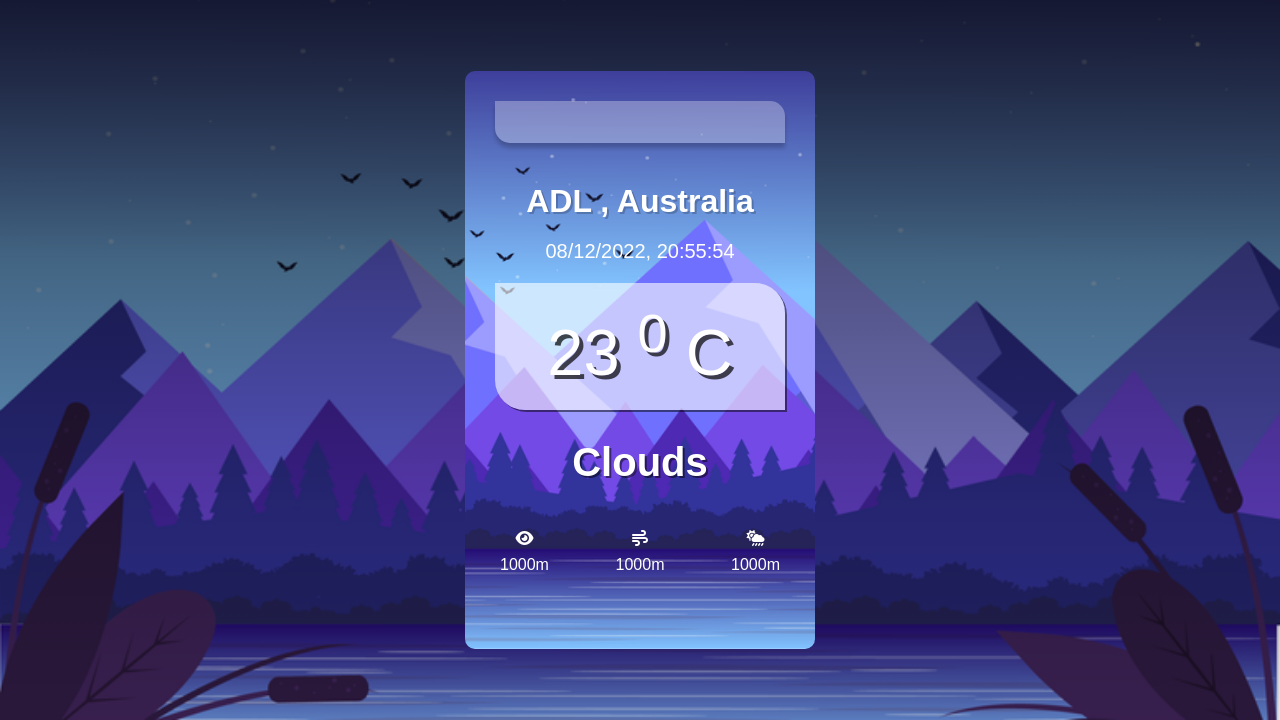
Repository: andrewhuynh561/weather-app-1
Page: index.html
These files come from the project's save history. The page is drawn as it stood at one moment and after the next save; the edit follows.
The browser window is 1280 px wide. The pictures show the whole page.

Above is the page before, as saved 2022-12-08 21:26:18.

### index.html
<!DOCTYPE html>
<html lang="en">
<head>
    <meta charset="UTF-8">
    <meta http-equiv="X-UA-Compatible" content="IE=edge">
    <meta name="viewport" content="width=device-width, initial-scale=1.0">
    <title>Weather app</title>
    <link
     rel="stylesheet"
     href="https://cdnjs.cloudflare.com/ajax/libs/font-awesome/6.0.0-beta2/css/all.min.css"
     integrity="sha512-YWzhKL2whUzgiheMoBFwW8CKV4qpHQAEuvilg9FAn5VJUDwKZZxkJNuGM4XkWuk94WCrrwslk8yWNGmY1EduTA=="
     crossorigin="anonymous"
     referrerpolicy="no-referrer">
    <link rel="stylesheet" href="style.css">
</head>
<body>
    <div id="weather">
        <input type="text" class="search">
        <div class="content">
            <h1 class="capital">
                <span class="city">ADL</span>
                <span>,</span>
                <span class="country">Australia</span>
            </h1>

            <div class="time">08/12/2022, 20:55:54</div>

            <div class="temperature">
                <span class="value">23 <sup>0</sup> C</span>
            </div>

            <div class="short-desc">Clouds</div>

            <div class="more-desc">
                <div class="visibility">
                    <i class="fa-solid fa-eye"></i>
                    <span>1000m</span>
                </div>
                <div class="visibility">
                    <i class="fa-solid fa-wind"></i>
                    <span>1000m</span>
                </div>
                <div class="visibility">
                    <i class="fa-solid fa-cloud-sun-rain"></i>
                    <span>1000m</span>
                </div>
            </div>
        </div>
    </div>

</body>
</html>

### style.css
*{
    margin: 0;
    padding: 0;
    box-sizing: border-box;
}
body{
    font-family: sans-serif;
    height: 100vh;
    display: flex;
    justify-content: center;
    align-items: center;
    background: linear-gradient(to bottom, rgba(0,0,0,0.7),rgba(0,0,0,0.1)),url(./image/222.png)  no-repeat center/cover;
}

#weather{
    width: 350px;
    border-radius:10px ;
    padding: 30px 30px;
    background: url(./image/222.png) no-repeat center/cover;
}

.search{
    width: 100%;
    padding: 10px 20px;
    border: none;
    outline: none;
    background: rgba(255,255,255,0.3);
    border-radius: 0 15px 0 15px;
    box-shadow:0 5px 4px rgba(0,0,0,0.2);
    transition:0.4s ;
    font-size: 19px;
}
.search:focus{
    background: rgba(255,255,255,0.7);
    border-radius: 15px 0 15px 0;
}
.content{
    text-align: center;
    color: white;
    margin: 40px 0;

}
.capital{
    text-shadow: 2px 2px rgba(0,0,0,0.2);
}
.time{
    margin: 20px 0;
    font-size: 15pt;
}
.temperature{
    font-size: 65px;
    text-shadow: 4px 4px rgba(0,0,0,0.7);
    background: rgba(255,255,255,0.6);
    box-shadow: 2px 2px rgba(0,0,0,0.5);
    border: none;
    border-radius: 0 30px;
    padding: 20px;
}
.short-desc{
    font-size: 40px;
    font-weight: bold;
    text-shadow: 2px 2px rgba(0,0,0,0.5);
    margin: 30px;

}
.more-desc{
    display: flex;
    justify-content:space-between ;
}
.more-desc div{
    display: flex;
    flex-direction: column;
    padding: 5px;

}
.more-desc div i{
    margin: 10px 0;
}

After the next save:
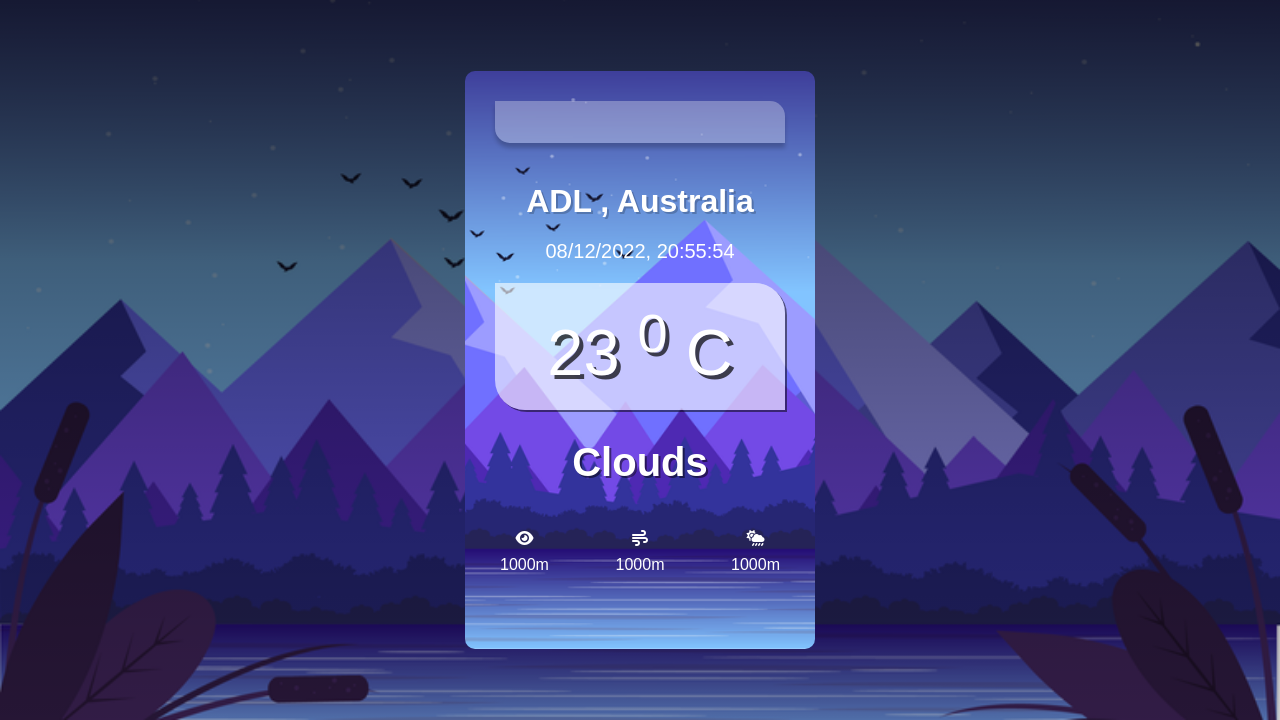
Saved 90 s later.
--- a/style.css
+++ b/style.css
@@ -9,7 +9,7 @@ body{
     display: flex;
     justify-content: center;
     align-items: center;
-    background: linear-gradient(to bottom, rgba(0,0,0,0.7),rgba(0,0,0,0.1)),url(./image/222.png)  no-repeat center/cover;
+    background: linear-gradient(to bottom, rgba(0,0,0,0.7),rgba(0,0,0,0.2)),url(./image/222.png)  no-repeat center/cover;
 }
 
 #weather{
